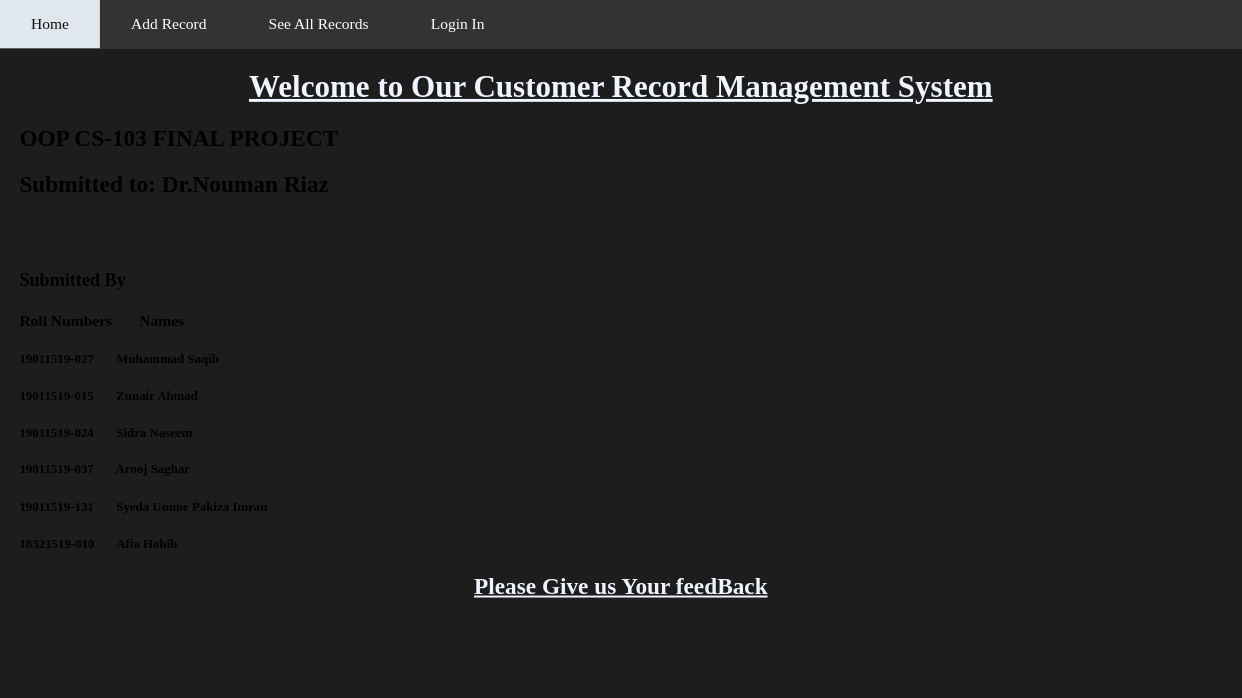
Repository: MUHAMMAD-SAQIB-2000/SpringBoot
Page: http://localhost/WebServiceRecordManagementSystem/home.jsp
The author's editor kept a copy of each file at every save. The page is drawn from the files as they stood at one save, then again after the next save.
The browser window is 1280 px wide. The pictures show the whole page, at 97% of full size.
The page is served by Tomcat 9.

Above is the page before, as saved 2020-08-12 16:29:21.

After the next save:
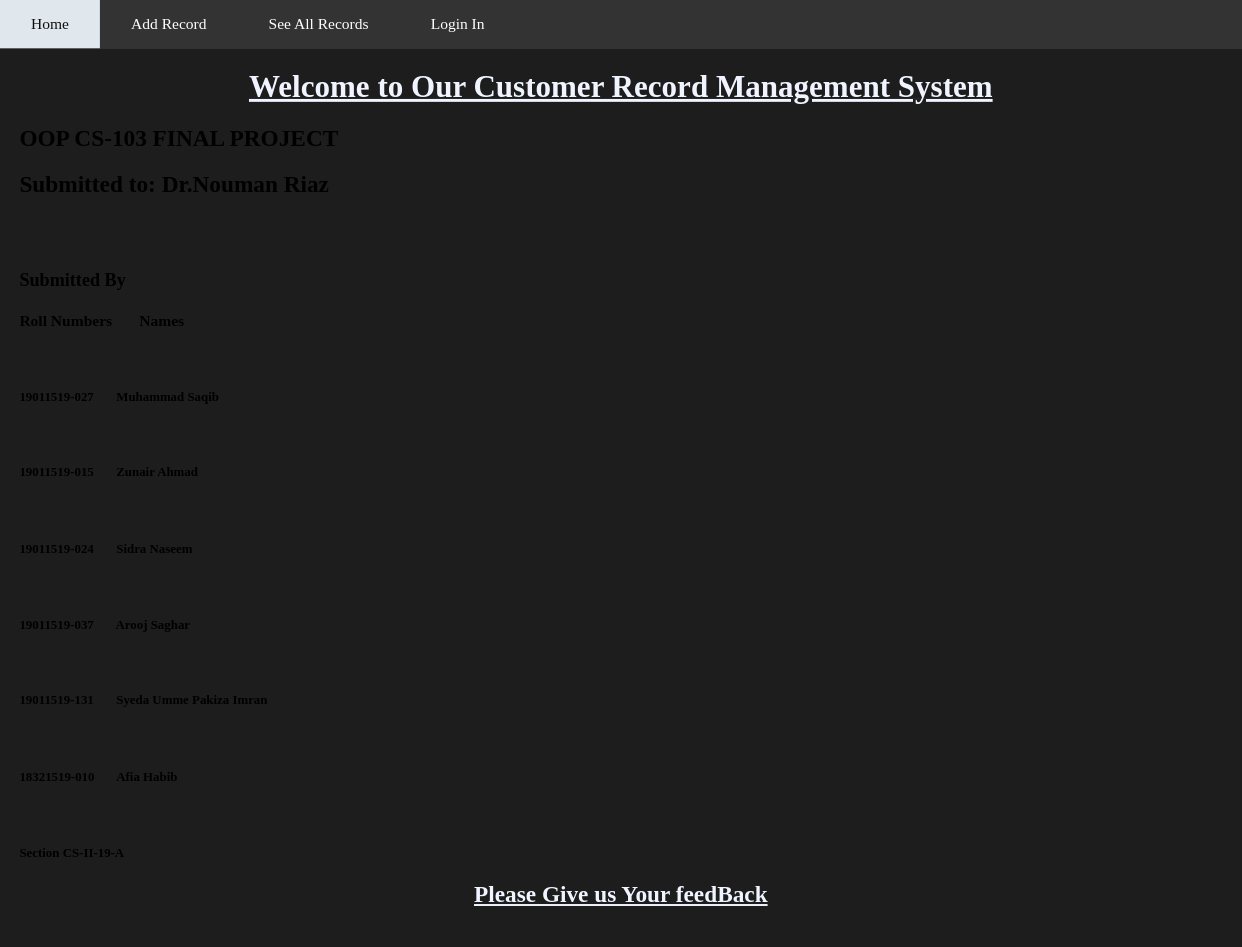
Saved 69 s later.
--- a/WebServiceRecordManagementSystem/src/main/webapp/home.jsp
+++ b/WebServiceRecordManagementSystem/src/main/webapp/home.jsp
@@ -24,12 +24,21 @@
 		<br><br>
 		<h3>Submitted By </h3>
 		<h4>Roll Numbers &nbsp;&nbsp;&nbsp;&nbsp;&nbsp; Names</h4>
+		<br>
 		<h5>19011519-027 &nbsp;&nbsp;&nbsp;&nbsp;&nbsp; Muhammad Saqib</h5>
+		<br>
 		<h5>19011519-015 &nbsp;&nbsp;&nbsp;&nbsp;&nbsp; Zunair Ahmad</h5>
+		<br>
 		<h5>19011519-024 &nbsp;&nbsp;&nbsp;&nbsp;&nbsp; Sidra Naseem</h5>
+		<br>
 		<h5>19011519-037 &nbsp;&nbsp;&nbsp;&nbsp;&nbsp; Arooj Saghar</h5>
+		<br>
 		<h5>19011519-131 &nbsp;&nbsp;&nbsp;&nbsp;&nbsp; Syeda Umme Pakiza Imran</h5>
+		<br>
 		<h5>18321519-010 &nbsp;&nbsp;&nbsp;&nbsp;&nbsp; Afia Habib</h5>
+		<br>
+		<h5><bold> Section</bold> CS-II-19-A</h5>
+
 		<h2 class="h">Please Give us Your feedBack</h2>
 	</div>
 
